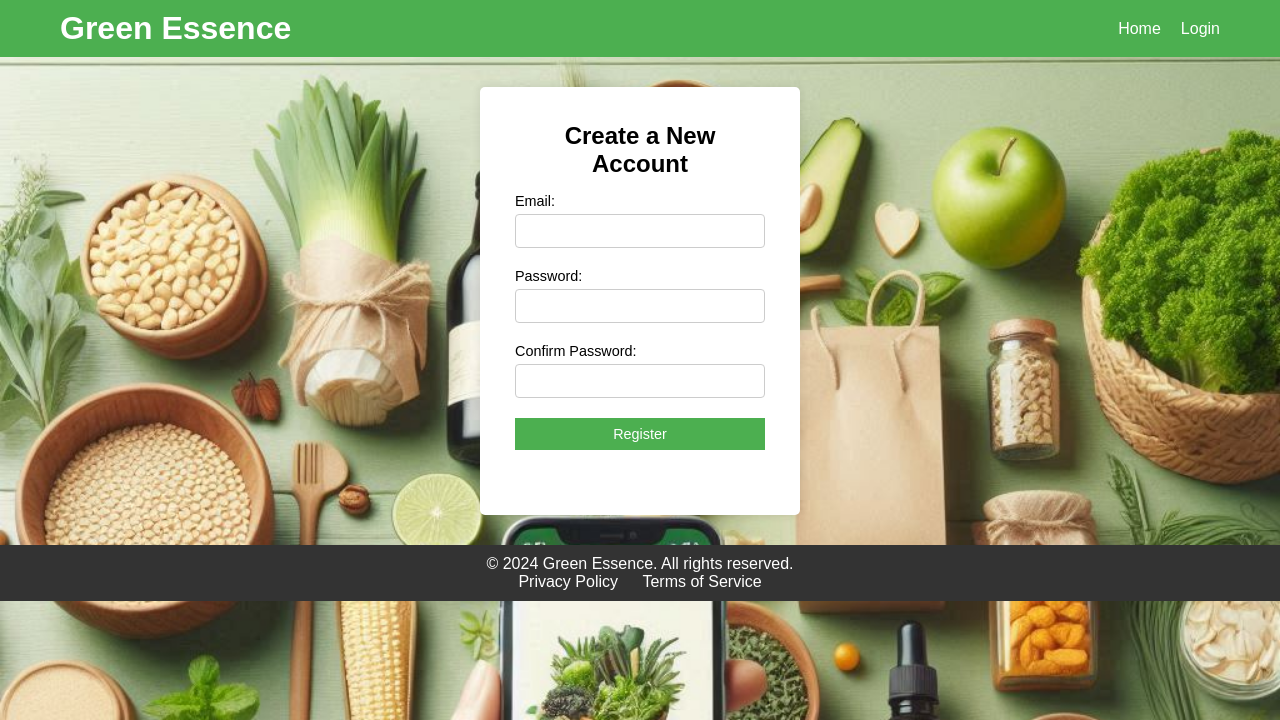
Repository: niki3210/Sahyadri
Page: Projectorganic/Register.html
An editor plug-in stored every save of this project. The page is shown before and after the next save, followed by the edit.
The browser window is 1280 px wide. The pictures show the whole page.

Above is the page before, as saved 2024-06-21 14:54:09.

### Projectorganic/Register.html
<!DOCTYPE html>
<html lang="en">
<head>
    <meta charset="UTF-8">
    <meta name="viewport" content="width=device-width, initial-scale=1.0">
    <title>Register - Green Essence</title>
    <link rel="stylesheet" href="styles.css">
</head>
<body class="register">
    <header>
        <div class="container">
            <h1>Green Essence</h1>
            <nav>
                <ul>
                    <li><a href="index.html">Home</a></li>
                    <li><a href="login.html">Login</a></li>
                </ul>
            </nav>
        </div>
    </header>
    <div class="container">
        <div class="register-container">
            <div class="register-form">
                <h2>Create a New Account</h2>
                <form action="/register" method="POST">
                    <label for="new-email">Email:</label>
                    <input type="email" id="new-email" name="new-email" required>
                    <div class="error" id="new-email-error"></div>

                    <label for="new-password">Password:</label>
                    <input type="password" id="new-password" name="new-password" required>
                    <div class="error" id="new-password-error"></div>

                    <label for="confirm-password">Confirm Password:</label>
                    <input type="password" id="confirm-password" name="confirm-password" required>
                    <div class="error" id="confirm-password-error"></div>

                    <button type="submit">Register</button>
                </form>
            </div>
        </div>
    </div>
    <footer>
        <p>&copy; 2024 Green Essence. All rights reserved.</p>
        <div>
            <a href="#">Privacy Policy</a>
            <a href="#">Terms of Service</a>
        </div>
    </footer>
</body>
</html>

### Projectorganic/styles.css
/* Combined CSS for Home, Login, and Register Pages */

/* Reset default browser styles */
* {
    box-sizing: border-box;
    margin: 0;
    padding: 0;
}

/* Global styles */
body {
    font-family: Arial, sans-serif;
    color: black;
    margin: 0;
    padding: 0;
    box-sizing: border-box;
    min-height: 100vh; /* Ensure body extends to at least the full height of the viewport */
    display: flex;
    flex-direction: column; /* Use flexbox to make sure footer stays at the bottom */
}

/* Header styles */
header {
    background-color: #4CAF50;
    color: white;
    padding: 10px 0;
}

header .container {
    display: flex;
    justify-content: space-between;
    align-items: center;
    max-width: 1200px;
    margin: 0 auto;
    padding: 0 20px;
}

header h1 {
    margin: 0;
}

header nav ul {
    list-style: none;
    margin: 0;
    padding: 0;
    display: flex;
}

header nav ul li {
    margin-left: 20px;
}

header nav ul li a {
    color: white;
    text-decoration: none;
}

header nav ul li a:hover {
    text-decoration: underline;
}

/* Home Page Styles */
#home {
    background-image: url('backgroundhome.jpeg');
    background-size: cover;
    background-repeat: no-repeat;
    background-position: center;
    background-attachment: fixed;
    color: white;
    text-align: center;
    padding: 100px 20px;
}

section {
    padding: 60px 0;
}

.container {
    max-width: 1200px;
    margin: 0 auto;
    padding: 0 20px;
}

/* About Section */
#about {
    background-color: #fffefe;
    padding: 40px 0;
}

/* Contact Section Styles */
#contact {
    background-color: #fff;
    padding: 40px 0;
}

#contact h2 {
    text-align: center;
    margin-bottom: 40px;
    color: #000000;
}

#contact .container {
    max-width: 900px;
    margin: 0 auto;
}

#contact .contact-info {
    text-align: center;
    margin-bottom: 20px;
}

#contact .contact-info p {
    margin: 10px 0;
}



/* Login/Register Styles */
.login-container,
.register-container {
    max-width: 320px;
    margin: 0 auto;
    padding: 15px;
    background-color: rgb(255, 255, 255);
    border-radius: 5px;
    box-shadow: 0 0 10px rgba(0, 0, 0, 0.1);
    flex: 1; /* Use flex: 1 to push footer to the bottom */
    margin-top: 30px;
    margin-bottom: 30px;
    padding: 20px;
}

body {
    font-family: Arial, sans-serif;
    background-image: url('backgroundhome.jpeg');
    background-size: cover;
    color: black;
}

.login-form, .register-form {
    padding: 15px;
    margin-bottom: 30px;
}

.login-form h2, .register-form h2 {
    text-align: center;
    margin-bottom: 15px;
    font-size: 1.5em;
}

label {
    display: block;
    margin-bottom: 5px;
    font-size: 0.9em;
}

input[type="email"],
input[type="password"] {
    width: 100%;
    padding: 8px;
    margin-bottom: 10px;
    border: 1px solid #ccc;
    border-radius: 4px;
    font-size: 0.9em;
}

.error {
    color: red;
    font-size: 0.8em;
    margin-bottom: 10px;
}

button {
    background-color: #4CAF50;
    color: white;
    border: none;
    padding: 8px 15px;
    cursor: pointer;
    transition: background-color 0.3s ease;
    width: 100%;
    font-size: 0.9em;
}

button:hover {
    background-color: #45a049;
}

/* Footer Styles */
footer {
    background-color: #333;
    color: white;
    text-align: center;
    padding: 10px 0;
    width: 100%;

}

footer a {
    color: white;
    margin: 0 10px;
    text-decoration: none;
}

footer a:hover {
    text-decoration: underline;
}

After the next save:
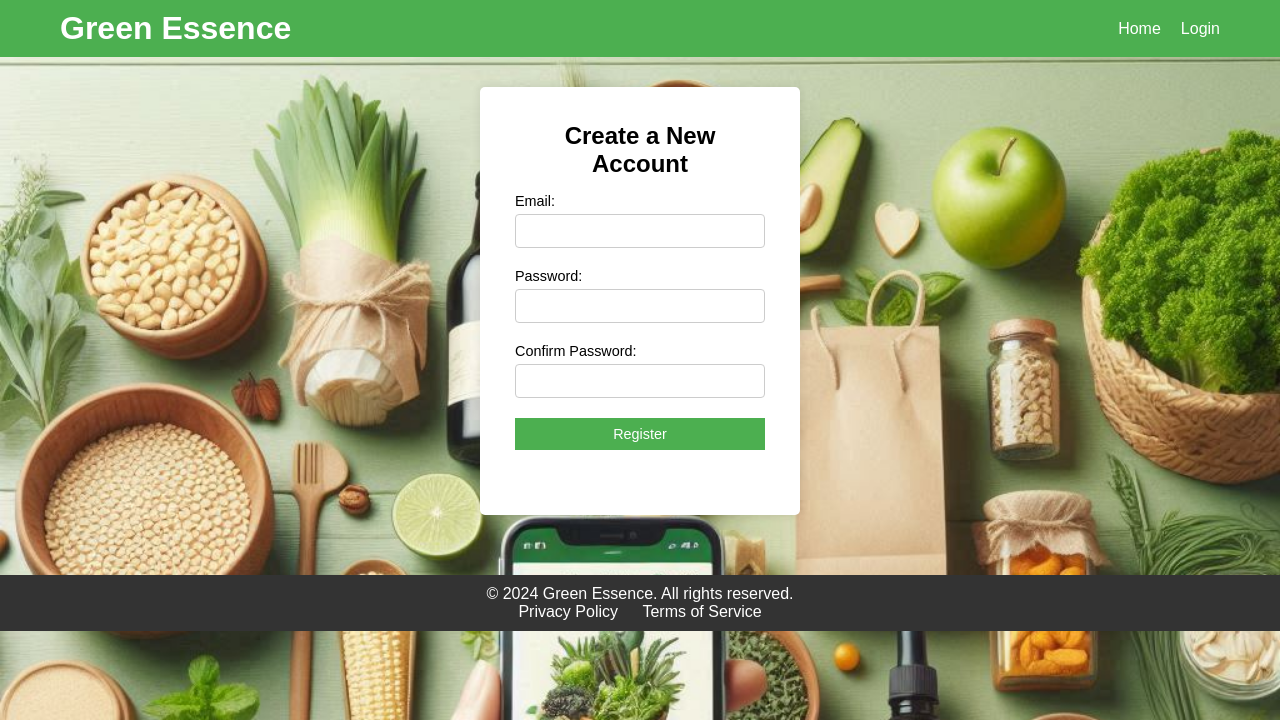
Saved 6 s later.
--- a/Projectorganic/styles.css
+++ b/Projectorganic/styles.css
@@ -126,7 +126,7 @@ section {
     box-shadow: 0 0 10px rgba(0, 0, 0, 0.1);
     flex: 1; /* Use flex: 1 to push footer to the bottom */
     margin-top: 30px;
-    margin-bottom: 30px;
+    margin-bottom: 60px;
     padding: 20px;
 }
 
